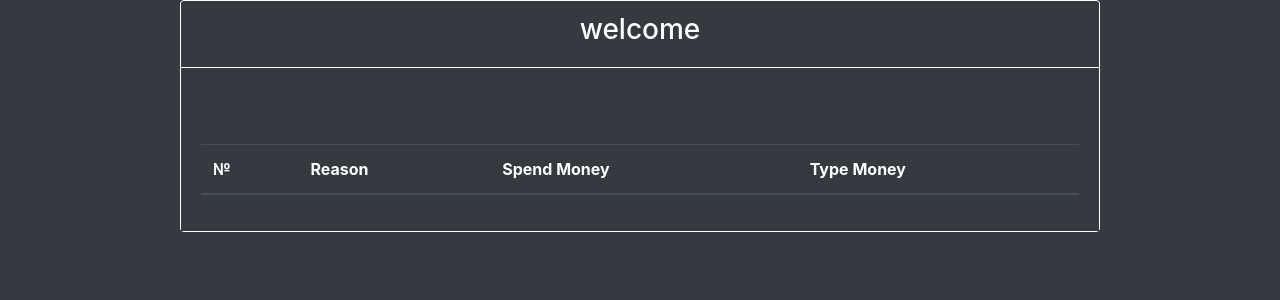
Repository: surefaceJS/allMyWorkInaliLinux
Page: hardcha/index.html
The author's editor kept a copy of each file at every save. The page is drawn from the files as they stood at one save, then again after the next save.
The browser window is 1280 px wide. The pictures show the whole page.

Above is the page before, as saved 2021-04-19 11:41:19.

After the next save:
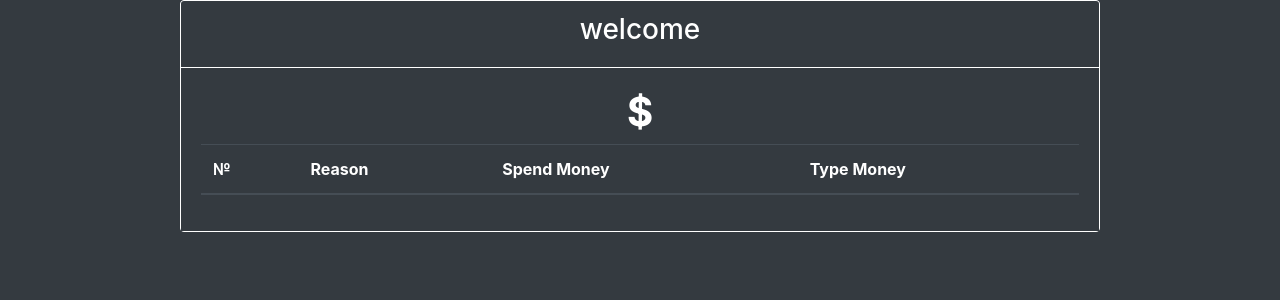
Saved 7 s later.
--- a/hardcha/index.html
+++ b/hardcha/index.html
@@ -24,7 +24,7 @@
                         <h3>welcome <span id="pushName"></span> </h3>
                     </div>
                     <div class="card-body bg bg-dark">
-                        <h1 class="text-danger text-center text-uppercase font-intel-bold" id="pushMonay"><span class="text-hide">$</span></h1>
+                        <h1 class="text-danger text-center text-uppercase font-intel-bold" id="pushMonay"><span class="text-white">$</span></h1>
 
                         <table class="table table-dark table-hover table-striped">
                             <thead>
